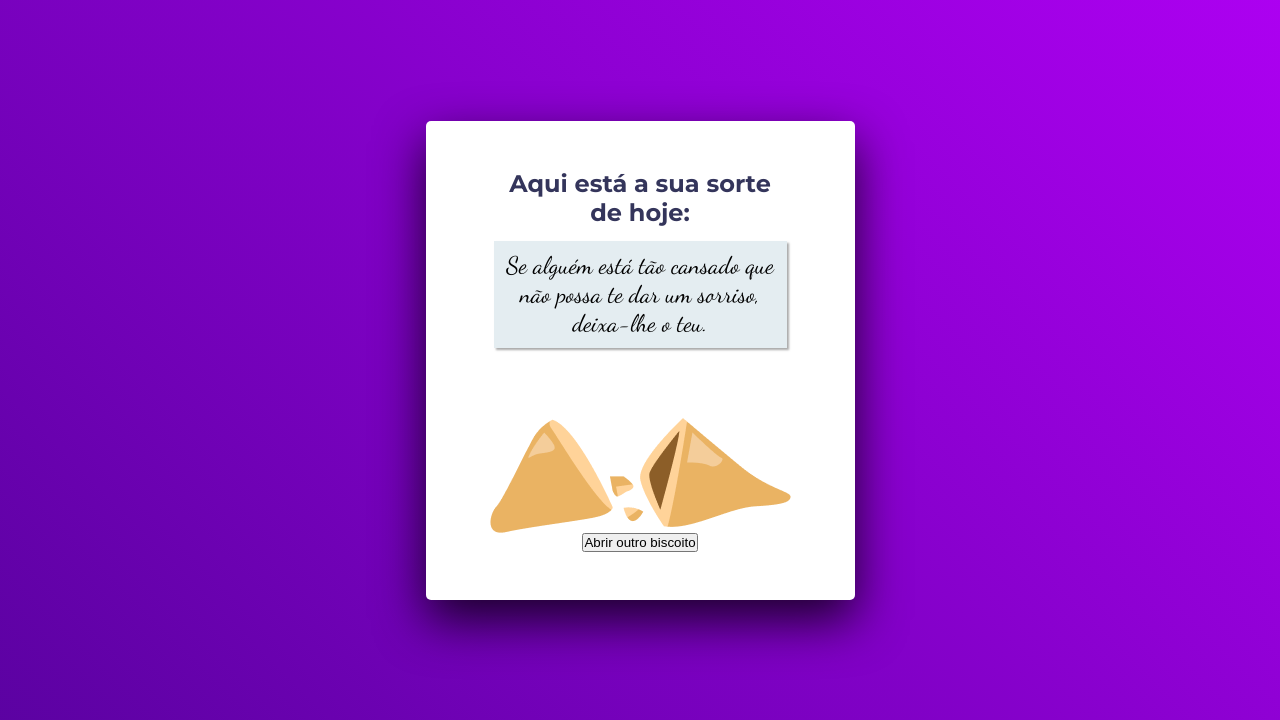
Repository: caueenrico/cookieCoach
Page: index.html
The author's editor kept a copy of each file at every save. The page is drawn from the files as they stood at one save, then again after the next save.
The browser window is 1280 px wide. The pictures show the whole page.

Above is the page before, as saved 2023-06-27 16:49:28.

### index.html
<!DOCTYPE html>
<html lang="en">
  <head>
    <meta charset="UTF-8" />
    <meta name="viewport" content="width=device-width, initial-scale=1.0" />
    <link rel="preconnect" href="https://fonts.googleapis.com" />
    <link rel="preconnect" href="https://fonts.gstatic.com" crossorigin />
    <link
      href="https://fonts.googleapis.com/css2?family=DM+Sans&family=Dancing+Script&family=Montserrat:wght@700&display=swap"
      rel="stylesheet"
    />
    <link rel="stylesheet" href="style.css" />
    <title>biscoito da sorte</title>
  </head>
  <body>
    <main>

      <div class="hide">
        <h1>
          Qual é a sua sorte <br />
          de hoje?
        </h1>
        <p>Abra o biscoito e descubra!</p>
        <img src="/biscoitoClose.png" alt="" />
      </div>

      <div class="abriu">
        <h1>
          Aqui está a sua sorte <br/> de hoje:
        </h1>

        <span>
          Se alguém está tão cansado que não possa te dar um sorriso, deixa-lhe o teu.
        </span>
        <img src="/opened-cookie.png" alt="" />

        <button>
          Abrir outro biscoito
        </button>
      </div>

    </main>
  </body>
  <script src="script.js"></script>
</html>

### style.css
* {
  margin: 0;
  padding: 0;
  box-sizing: border-box;
}

:root {
  font-size: 62.5%;

  --fs-heading: 2.4rem;
  --ff-heading: "Montserrat", sans-serif;

  --fs-subt: 1.5rem;
  --ff-subt: "DM Sans", sans-serif;
}

body {
  height: 100vh;
  width: 100vw;
  display: flex;
  flex-direction: column;
  justify-content: center;

  background: linear-gradient(45deg, #190361, #bb00ff);
  animation: gradient 10s ease infinite;
  background-size: 200% 200%;
}

@keyframes gradient {
  0% {
    background-position: 0% 50%;
  }
  50% {
    background-position: 100% 50%;
  }
  100% {
    background-position: 0% 50%;
  }
}

main {
  margin: 0 auto;

  display: flex;
  flex-direction: column;
  align-items: center;
  justify-content: center;

  padding: 4.8rem 6.4rem;
  background-color: #fff;

  text-align: center;

  border-radius: 5px;
  box-shadow: 0px 20px 50px 0px rgba(0, 0, 0, 0.8);
}

main h1 {
  font-family: var(--ff-heading);
  font-size: var(--fs-heading);
  font-weight: 700;

  color: #34355b;
  margin-bottom: 1.4rem;
}

main p {
  font-size: var(--fs-subt);
  font-family: var(--ff-subt);

  margin-bottom: 2rem;
}

main img {
  width: 100%;
  flex-shrink: 0;
}

main img:hover {
  animation: treme 0.1s infinite;
}

@keyframes treme {
  0% {
    margin-left: 0;
  }
  25% {
    margin-left: 5px;
  }
  50% {
    margin-left: 0;
  }
  75% {
    margin-left: -5px;
  }
  100% {
    margin-left: 0;
  }
}

.hide {
  display: none;
}

span {
  display: flex;
  padding: 10px;
  text-align: center;
  width: 29.3rem;
  background: #e4edf1;
  font-size: 24px;
  font-family: Dancing Script;
  color: #000;

  box-shadow: 2px 2px 2px 0px rgba(85, 85, 85, 0.50);

  margin-bottom: 7.0rem;
}

.abriu{

  display: flex;
  flex-direction: column;
  align-items: center;


}

.abriu button{
  padding: ;
}

### script.js
let img = document.querySelector('img');

img.addEventListener('click', () => {
    img.classList.toggle('active');
    console.log('clicked');
}
)

After the next save:
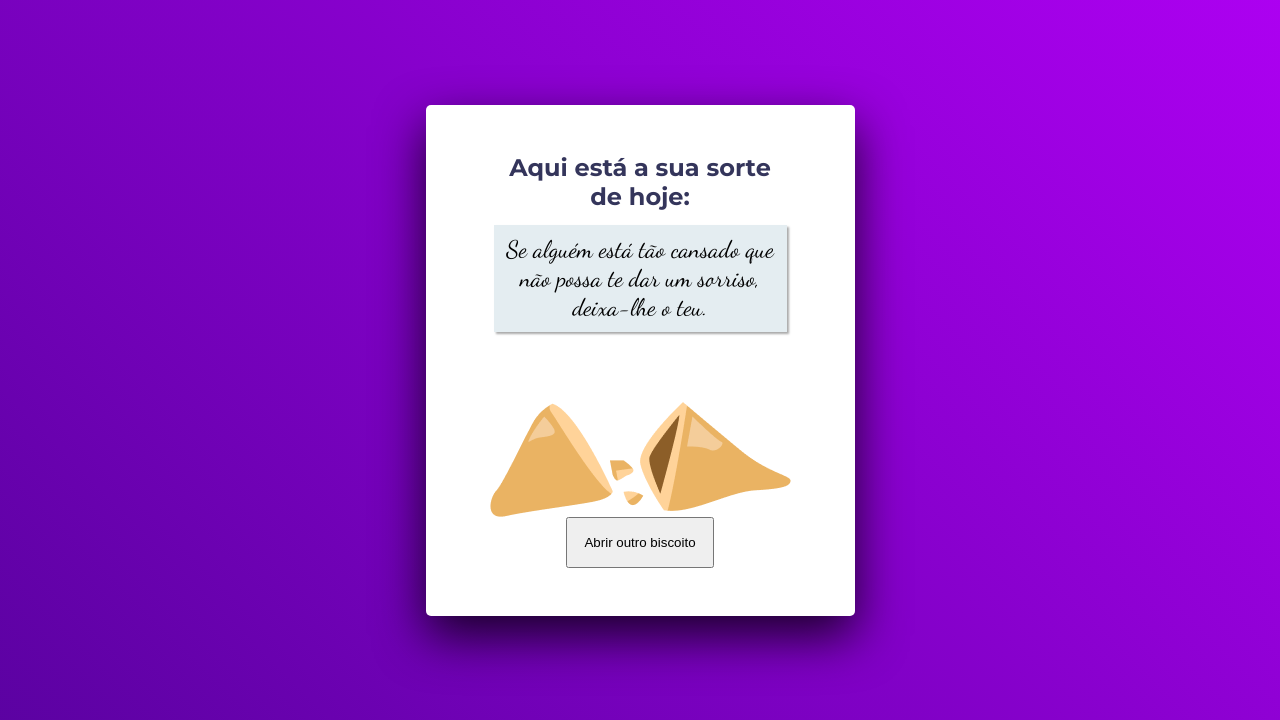
Saved 4 s later.
--- a/style.css
+++ b/style.css
@@ -127,5 +127,5 @@ span {
 }
 
 .abriu button{
-  padding: ;
+  padding: 1.6rem;
 }
